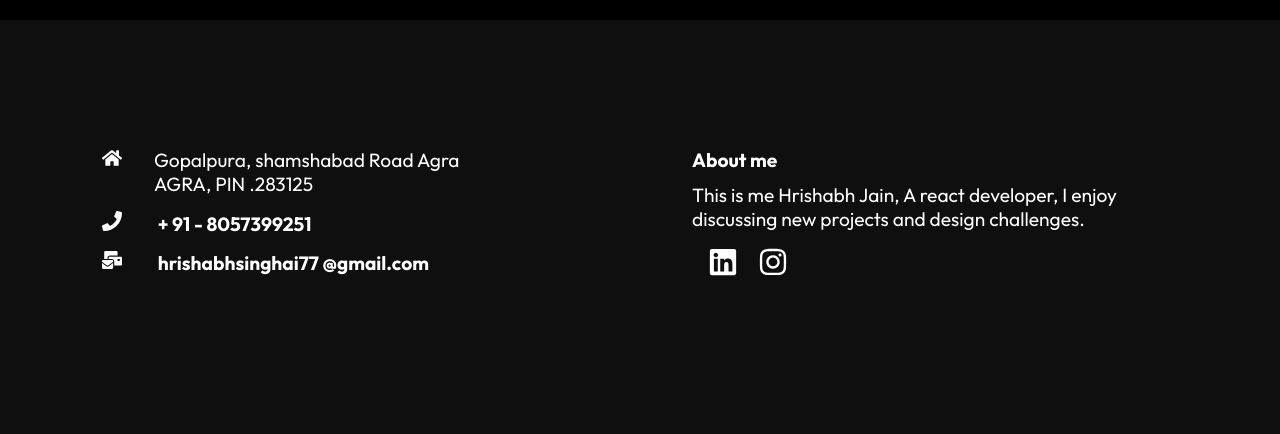
Repository: Hrishabhsinghai/Portfolio
Page: /About
The author's editor kept a copy of each file at every save. The page is drawn from the files as they stood at one save, then again after the next save.
The browser window is 1280 px wide. The pictures show the part of the page from y = 504 to 1046 px (the page is 938 px tall before and 1046 px after).
The project was rebuilt for these pictures with package versions that can differ from the ones it lists, and the page was loaded fresh each time. Also part of the build but not shown: src/components/HeroImgStyles.css, src/components/HeroImg.js, src/routes/Home.js, src/components/AboutContentSttyles.css, src/components/WorkCardStyles.css, src/components/WorkCard.js, src/components/WorkCardData.js, src/components/Work.js and 2 more.

Above is the page before, as saved 2024-01-10 00:31:48.

After the next save:
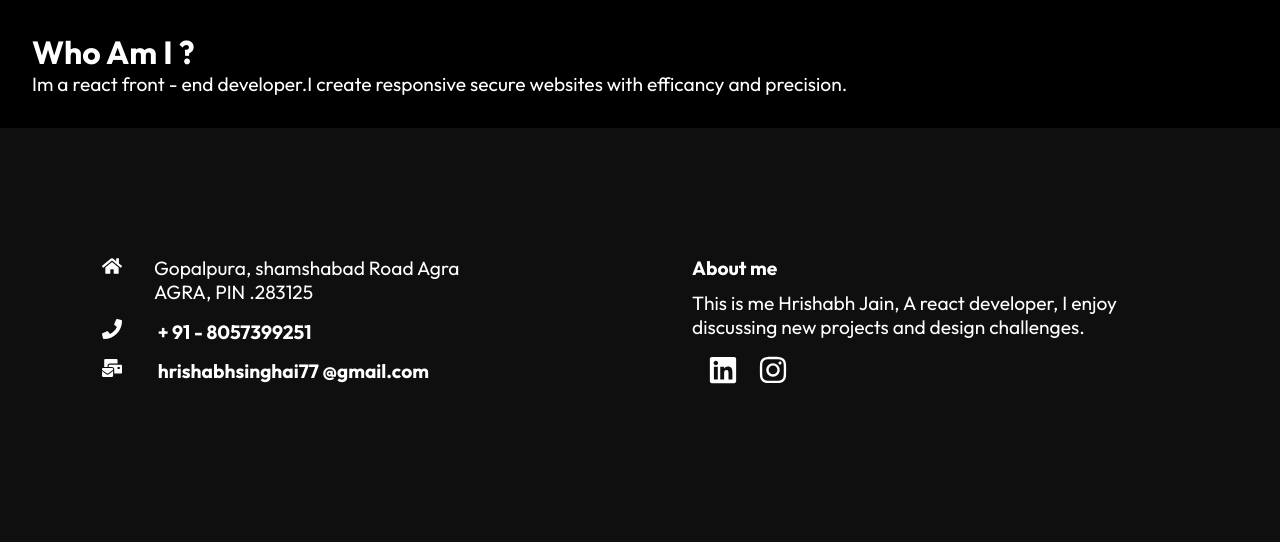
Saved 3 min 58 s later.
--- a/src/components/AboutContent.js
+++ b/src/components/AboutContent.js
@@ -3,7 +3,18 @@ import "./AboutContentSttyles.css";
 import React from "react";
 
 const AboutContent = () => {
-  return <div> AboutContent </div>;
+  return (
+    <div className="about">
+      {" "}
+      <div className="left">
+        <h1> Who Am I ? </h1>{" "}
+        <p>
+          Im a react front - end developer.I create responsive secure websites
+          with efficancy and precision.{" "}
+        </p>{" "}
+      </div>
+    </div>
+  );
 };
 
 export default AboutContent;
